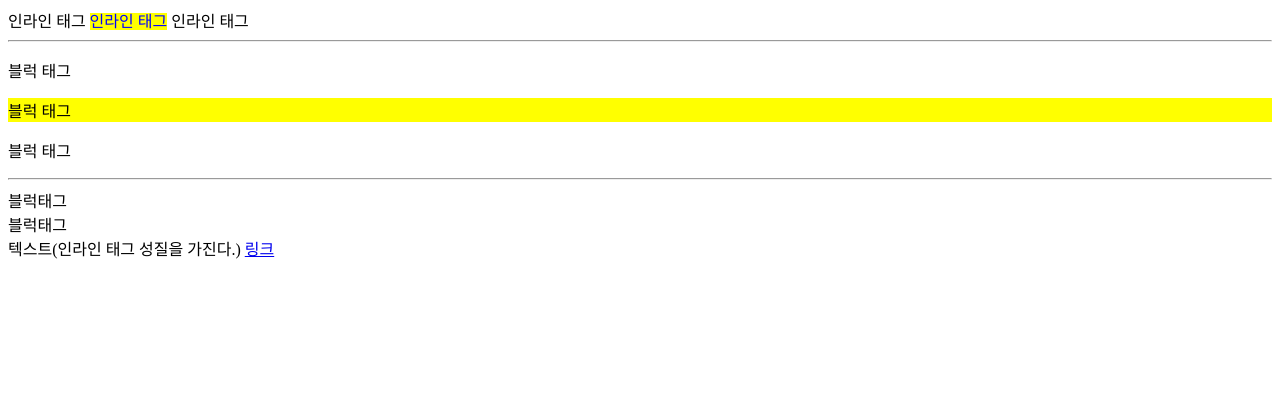
Repository: zzzzzzin/Client
Page: ClientTest/src/main/webapp/html/ex13_tag.html
An editor plug-in stored every save of this project. The page is shown before and after the next save, followed by the edit.
The browser window is 1280 px wide. The pictures show the whole page.

Above is the page before, as saved 2024-03-13 05:05:02.

### ClientTest/src/main/webapp/html/ex13_tag.html
<!DOCTYPE html>
<html>
<head>
<meta charset="EUC-KR">
<title>ex13_tag</title>
</head>
<body>
	<!--
		***** 반드시 기억하고 정리하기

		인라인 태그 vs 블럭 태그
		- 모든 태그들은 위의 두 분류 중하나에 속한다.
		- 태그가 렌더링(출력)될 때 나타나는 특징에 따른 분류
		- 태그가 화면에 출력되는 모습에 따른 분류

		인라인 태그, Inline Tag
		- 자신의 내용물을 인접한 다른 태그의 내용물과 같은 라인에 출력한다.
		- 영역의 너비는 항상 내용물의 크기와 같다.(*****암기)
		- 영역의 높이는 항상 내용물의 크기와 같다.(*****암기)
		- 출력되는 내용물 역할 > 컨텐츠


		블럭 태그, Block Tag
		- 자신의 내용물을 인접한 다른 태그의 내용물과 다른 라인에 출력한다.
		- 영역의 너비는 항상 100%이다.(*****암기)
		- 영역의 높이는 항상 내용물의 크기와 같다.(*****암기)
		- 출력되는 구조 역할(뼈대 역할) > 레이아웃

		태그 중첩 규칙
		1. 블럭 태그는 자식으로 또 다른 블럭 태그를 가질 수 있다.
		2. 블럭 태그는 자식으로 또 다른 인라인 태그를 가질 수 있다.
		3. 인라인 태그는 자식으로 또 다른 인라인 태그를 가질 수 없다.
		4. 인라인 태그는 자식으로 또 다른 블럭 태그를 가질 수 없다. (***암기)

		5. 블럭 태그 중 <p> 태그만은 자식으로 인라인 태그만 가질 수 있다.(***암기)

	-->

	<font>인라인 태그</font>
	<font color="blue" style="background-color: yellow;">인라인 태그</font>
	<font>인라인 태그</font>

	<hr>

	<p>블럭 태그</p>
	<p style="background-color: yellow;">블럭 태그</p>
	<p>블럭 태그</p>

	<hr>
	<!-- division: 영역 > 블럭 -->
	<div>
		블럭태그
		<div>블럭태그</div>
		텍스트(인라인 태그 성질을 가진다.)
		<a href="#">링크</a>
	</div>

	<!-- span: 영역 > 인라인 -->
	<span>

	</span>























</body>
</html>

After the next save:
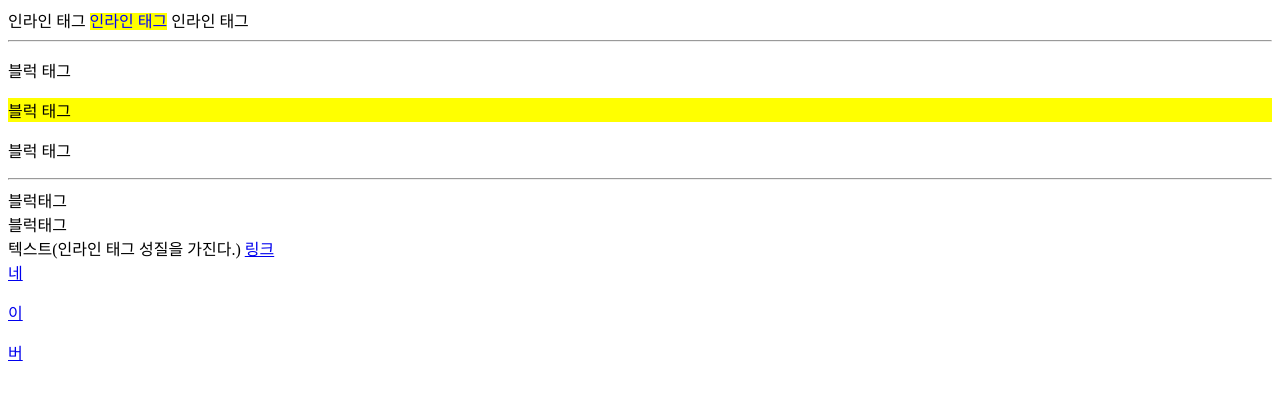
Saved 84 s later.
--- a/ClientTest/src/main/webapp/html/ex13_tag.html
+++ b/ClientTest/src/main/webapp/html/ex13_tag.html
@@ -56,6 +56,7 @@
 	</div>
 
 	<!-- span: 영역 > 인라인 -->
+	<a href="http://naber.com">네<p>이</p>버</a>
 	<span>
 
 	</span>
